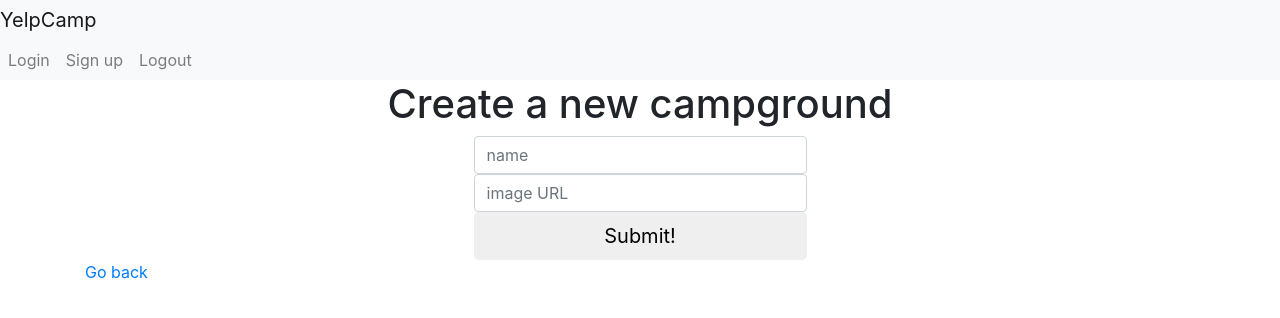
Repository: DevIvanVarela/the-web-developer-bootcamp
Page: http://localhost/campgrounds/new
The author's editor kept a record of every edit. The page is drawn from the files as they stood at one moment, then again after the next edit.
The browser window is 1280 px wide. The pictures show the whole page.
The page is served by the project's Node server (YelpCamp/v1/app.js).

Above is the page before.

After the next edit:
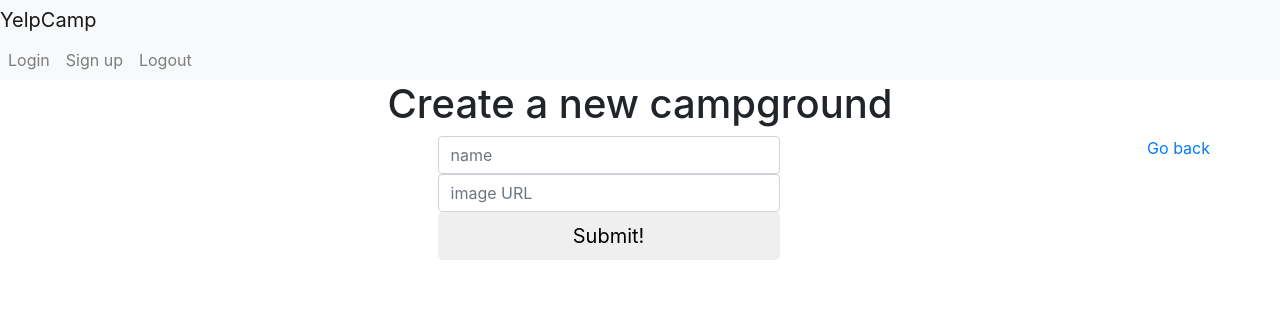
The edit:
--- a/workspace/YelpCamp/v1/views/new.ejs
+++ b/workspace/YelpCamp/v1/views/new.ejs
@@ -1,7 +1,7 @@
 <% include partials/header %>
 <div class="container">
-
-        <h1 style="text-align: center">Create a new campground</h1>
+    <h1 style="text-align: center">Create a new campground</h1>
+    <div class="row">
         <div style="width: 30%; margin: 0 auto;">
             <form action="/campgrounds" method="POST">
                 <div class="from-group">
